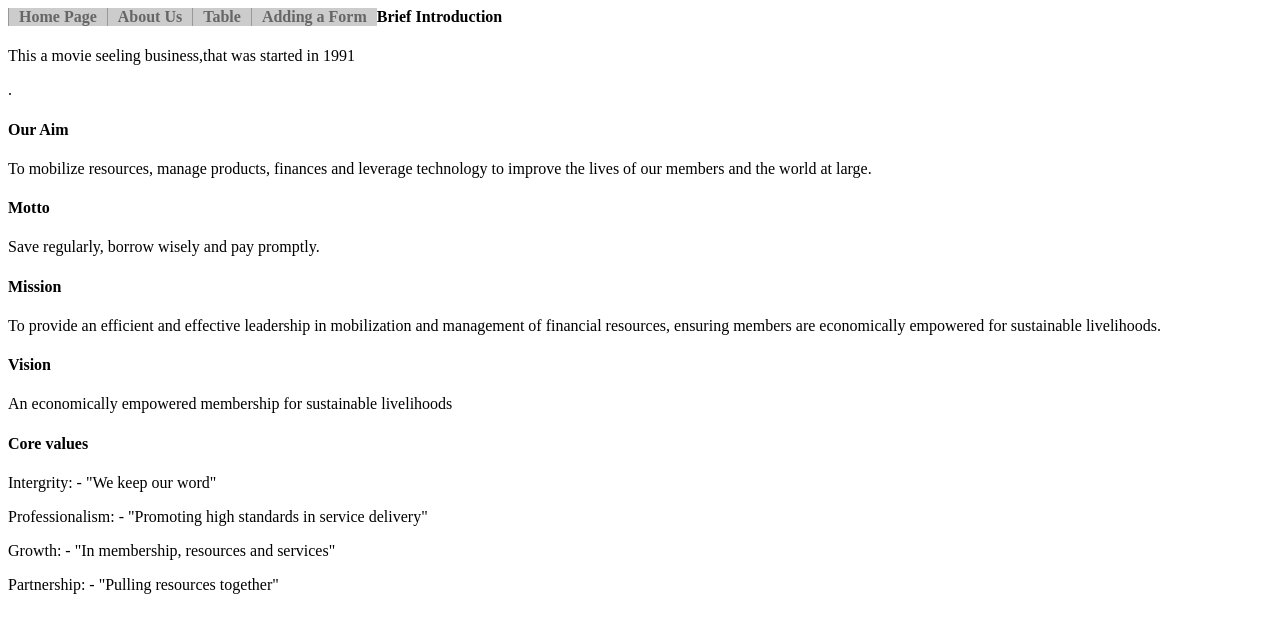
Repository: nellyk/Thephpsite
Page: http://localhost/
The author's editor kept a record of every edit. The page is drawn from the files as they stood at one moment, then again after the next edit.
The browser window is 1280 px wide. The pictures show the whole page.
The page is run by PHP 8.4 with error messages shown; the project is at /var/www/html/.

Above is the page before.

### index.php
<html>
<head>
<title>Website</title>
		<link rel="stylesheet"type="text/css"href="style.css">
</head>
<body>
<div id="navigation">
    <ul>
        <li><a href="#">Home Page</a></li>
        <li><a href="aboutus.php">About Us</a></li>
        <li><a href="view_table.php">Table</a></li>
        <li><a href="add_data.php">Adding a Form</a></li>
    </ul>
</div>
<h4>Brief Introduction</h4>
<p>This a movie seeling business,that was started in 1991</p>.</p>
<h4>Our Aim</h4>
<p>To mobilize resources, manage products, finances and leverage technology to improve the lives of our members and the world at large.</p>
<h4>Motto</h4>
<p>Save regularly, borrow wisely and pay promptly.</p>
<h4>Mission</h4>
<p>To provide an efficient and effective leadership in mobilization and management of financial resources, ensuring members are economically empowered for sustainable livelihoods.</p>
<h4>Vision</h4>
<p>An economically empowered membership for sustainable livelihoods</p>
<h4>Core values</h4>
<p>Intergrity: - &quot;We keep our word&quot;</p>
<p>Professionalism: - &quot;Promoting high standards in service delivery&quot;</p>
<p>Growth: - &quot;In membership, resources and services&quot;</p>
<p>Partnership: - &quot;Pulling resources together&quot;</p>

</body>
</html>

### style.css
/*
Styling sheet
*/

#navigation ul {
    list-style: none;
    margin: 0;
    padding: 0;
}

#navigation li {
    background: #ccc;
    border-left: 1px solid #999;
    float: left;
    margin: 0;
    padding: 0;
}

#navigation a {
    color: #666;
    font-weight: bold;
    padding: 5px 10px;
    text-decoration: none;
}

#navigation a:hover {
    color: #333;
}

#navigation #currentpage a {
    background: #fff;
    color: #333;
}

After the next edit:
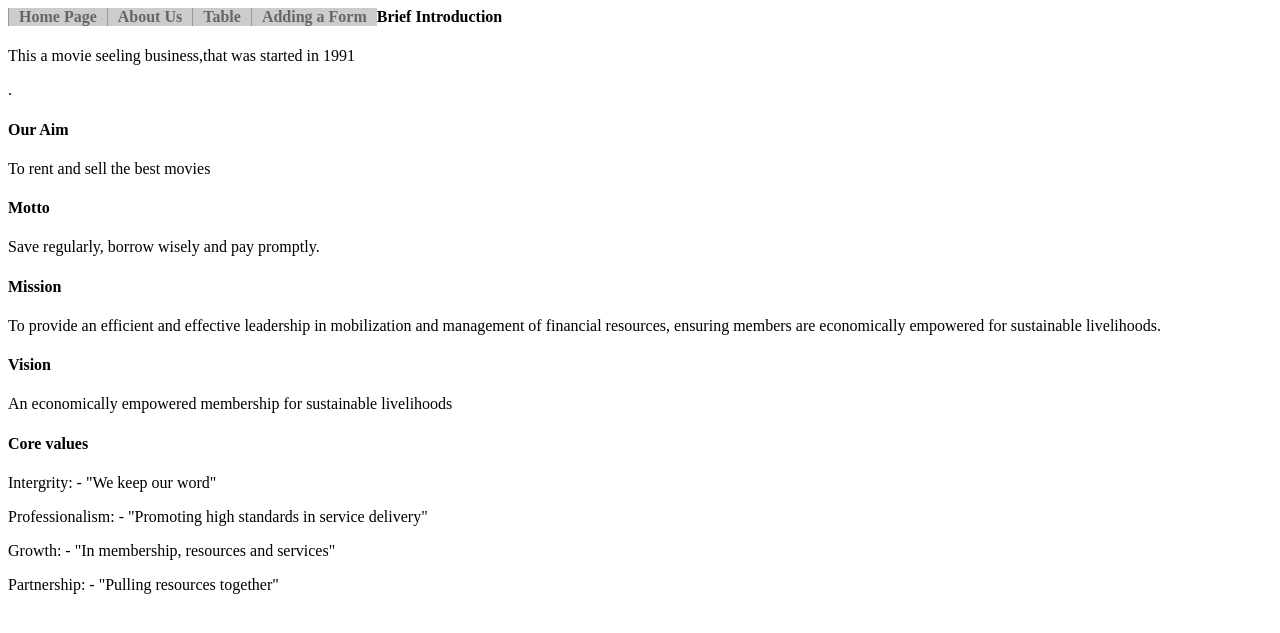
The edit:
--- a/index.php
+++ b/index.php
@@ -15,7 +15,7 @@
 <h4>Brief Introduction</h4>
 <p>This a movie seeling business,that was started in 1991</p>.</p>
 <h4>Our Aim</h4>
-<p>To mobilize resources, manage products, finances and leverage technology to improve the lives of our members and the world at large.</p>
+<p>To rent and sell the best movies</p>
 <h4>Motto</h4>
 <p>Save regularly, borrow wisely and pay promptly.</p>
 <h4>Mission</h4>
